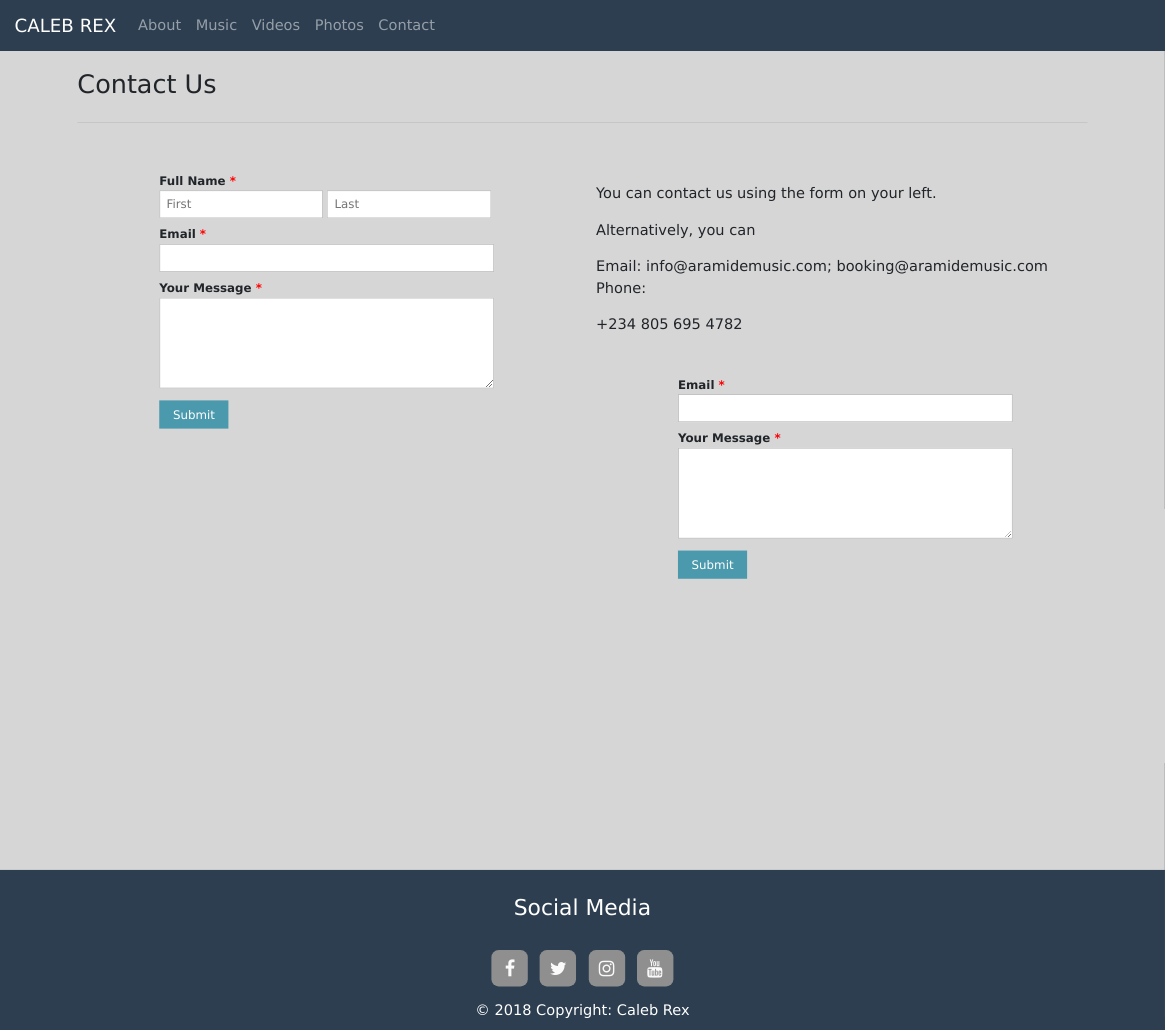
Repository: IchaTreasure/caleb-rex
Page: contact.html
The author's editor kept a record of every edit. The page is drawn from the files as they stood at one moment, then again after the next edit.
The browser window is 1280 px wide. The pictures show the whole page, at 91% of full size.
Some web libraries are served in a nearby version.

Above is the page before.

### contact.html
<!DOCTYPE html>
<html lang="en">

<head>
    <meta charset="UTF-8">
    <meta name="viewport" content="width=device-width, initial-scale=1.0">
    <meta http-equiv="X-UA-Compatible" content="ie=edge">
    <link rel="stylesheet" href="https://maxcdn.bootstrapcdn.com/bootstrap/4.1.3/css/bootstrap.min.css">
    <link rel="stylesheet" href="https://use.fontawesome.com/releases/v5.6.1/css/all.css" integrity="sha384-gfdkjb5BdAXd+lj+gudLWI+BXq4IuLW5IT+brZEZsLFm++aCMlF1V92rMkPaX4PP" crossorigin="anonymous">
    <link rel="stylesheet" href="https://stackpath.bootstrapcdn.com/bootstrap/4.3.1/css/bootstrap.min.css" type="text/css" />
    <link rel="stylesheet" href="https://stackpath.bootstrapcdn.com/font-awesome/4.7.0/css/font-awesome.min.css" type="text/css" />
    <link rel="stylesheet" href="https://cdnjs.cloudflare.com/ajax/libs/hover.css/2.3.1/css/hover-min.css" type="text/css" />
    <link href="https://fonts.googleapis.com/css?family=Roboto:400,700" rel="stylesheet">
    <link rel="stylesheet" href="css/style.css" type="text/css" />
    <title>Caleb Rex</title>
</head>

<body style="background-color: #2c3e50">
    <!-- ------------------------------------------------------------------------------------------------------Navigation Bar -->
    <nav class="navbar navbar-expand-md navbar-dark fixed-top" style="background-color: #2c3e50">
        <a class="navbar-brand" href="index.html">CALEB REX</a>
        <button class="navbar-toggler" type="button" data-toggle="collapse" data-target="#navbarsExampleDefault" aria-controls="navbarsExampleDefault" aria-expanded="false" aria-label="Toggle navigation">
    <span class="navbar-toggler-icon"></span>
  </button>

        <div class="collapse navbar-collapse" id="navbarsExampleDefault">
            <ul class="navbar-nav mr-auto">
                <li class="nav-item right" data-toggle="collapse" data-target=".navbar-collapse.show">
                    <a class="nav-link" href="about.html">About</a>
                </li>
                <li class="nav-item right" data-toggle="collapse" data-target=".navbar-collapse.show">
                    <a class="nav-link" href="music.html">Music</a>
                </li>
                <li class="nav-item right" data-toggle="collapse" data-target=".navbar-collapse.show">
                    <a class="nav-link" href="videos.html">Videos</a>
                </li>
                <li class="nav-item right" data-toggle="collapse" data-target=".navbar-collapse.show">
                    <a class="nav-link" href="photos.html">Photos</a>
                </li>
                <li class="nav-item right" data-toggle="collapse" data-target=".navbar-collapse.show">
                    <a class="nav-link" href="contact.html">Contact</a>
                </li>
            </ul>
        </div>
    </nav>

    <!-- contact section -->
    <section style="background-color: #D6D6D6">
        <!-- Page Content -->
        <div class="container" Style="padding-top: 20px">
            <div class="row">
                <h3 style="padding-left: 15px">Contact Us</h3>
            </div>
            <hr>
            <div class="row">
                <div class="col-md-6">
                    <form action="mailto:treasureicha82@gmail.com" method="post" enctype="text/plain" style="padding-bottom: 300px">
                        <ul class="form-style-1">
                            <li>
                                <label>Full Name <span class="required">*</span></label>
                                <input type="text" name="firstname" class="field-divided" placeholder="First" />
                                <input type="text" name="lastname" class="field-divided" placeholder="Last" />
                            </li>
                            <li>
                                <label>Email <span class="required">*</span></label>
                                <input type="email" name="email" class="field-long" />
                            </li>
                            <li>
                                <label>Your Message <span class="required">*</span></label>
                                <textarea name="message" id="message" class="field-long field-textarea"></textarea>
                            </li>
                            <li>
                                <input type="submit" value="Submit" />
                            </li>
                        </ul>
                    </form>
                </div>
                <div class="col-md-6" style = "padding-top: 50px">
                    <p>
                        You can contact us using the form on your left.
                    </p>
                    <p>
                        Alternatively, you can
                    </p>
                    <p>
                        Email: info@aramidemusic.com;
                        booking@aramidemusic.com Phone:
                    </p>
                    <p>
                        +234 805 695 4782
                    </p>

                    <form action="mailto:treasureicha82@gmail.com" method="post" enctype="text/plain" style="padding-bottom: 300px">
                        <ul class="form-style-1">
                            <li>
                                <label>Email <span class="required">*</span></label>
                                <input type="email" name="email" class="field-long" />
                            </li>
                            <li>
                                <label>Your Message <span class="required">*</span></label>
                                <textarea name="message" id="message" class="field-long field-textarea"></textarea>
                            </li>
                            <li>
                                <input type="submit" value="Submit" />
                            </li>
                        </ul>
                    </form>
                </div>
            </div>
        </div>
    </section>

    <!-- Footer -->
    <footer class="py-1" style="background-color: #2c3e50; text-align: center;">
        <div class="container">
            <br>
            <h4 style="color: white;">Social Media</h4>
            <br>
            <ul class="list-inline social-links">
                <li class="list-inline-item">
                    <a target="_blank" href="https://www.facebook.com/caleb.rex.96"><i class = " fa fa-facebook" aria-hidden="true"></i><span class = "sr-only">Facebook</span></a>
                </li>
                <li class="list-inline-item">
                    <a target="_blank" href="https://twitter.com/calebrex01"><i class = " fa fa-twitter" aria-hidden="true"></i><span class = "sr-only">Twitter</span></a>
                </li>
                <li class="list-inline-item">
                    <a target="_blank" href="https://www.instagram.com/caleb.rex01/"><i class = " fa fa-instagram" aria-hidden="true"></i><span class = "sr-only">Instagram</span></a>
                </li>
                <li class="list-inline-item">
                    <a target="_blank" href="https://www.youtube.com/channel/UC_B7e65upco510Sio9dZJhg"><i class = " fa fa-youtube" aria-hidden="true"></i><span class = "sr-only">Youtube</span></a>
                </li>
            </ul>
        </div>
        <h6 style="text-align: center; color: white;">© 2018 Copyright: Caleb Rex</h6>
        <!-- /.container -->
    </footer>
    <!-- Bootstrap core JavaScript -->
    <script src="https://code.jquery.com/jquery-3.3.1.slim.min.js" integrity="sha384-q8i/X+965DzO0rT7abK41JStQIAqVgRVzpbzo5smXKp4YfRvH+8abtTE1Pi6jizo" crossorigin="anonymous"></script>
    <script src="https://cdnjs.cloudflare.com/ajax/libs/popper.js/1.14.7/umd/popper.min.js" integrity="sha384-UO2eT0CpHqdSJQ6hJty5KVphtPhzWj9WO1clHTMGa3JDZwrnQq4sF86dIHNDz0W1" crossorigin="anonymous"></script>
    <script src="https://stackpath.bootstrapcdn.com/bootstrap/4.3.1/js/bootstrap.min.js" integrity="sha384-JjSmVgyd0p3pXB1rRibZUAYoIIy6OrQ6VrjIEaFf/nJGzIxFDsf4x0xIM+B07jRM" crossorigin="anonymous"></script>
</body>

</html>

### css/style.css
/*---------------------------- css for body */
body {
  font-family: 'Lucida Grande', sans-serif;
  padding-top: 56px;
}

nav li a:hover {
  background: black;

}

main{
 /*   height: 100vh;
    background: url('../images/Caleb1.jpg') no-repeat top right fixed;
    -webkit-background-size: cover;
    -moz-background-size: cover;
    -o-background-size: cover;
    background-size: cover;
    display: flex;
    align-items: center;
    justify-content: center;
    position: relative; */s


}

.main-container {

}

/*----------------------------------------- Modal Styling */
.modal-body{
    color: #615650;
    text-align: center;
}

.modal-content{
    background-color: #dbc7bd;
    padding: 20px;
}

.img-hover:hover{
    cursor: pointer;
    opacity: 0.6;
    transition: all 0.35s ease-in-out;
    -moz-transition: all 0.35s ease-in-out;
    -webkit-transition: all 0.35s ease-in-out;
    -o-transition: all 0.35s ease-in-out;
}

/*---------------------------- css for contact form*/
.form-style-1 {
	margin:10px auto;
	max-width: 400px;
	padding: 20px 12px 10px 20px;
	font: 13px "Lucida Sans Unicode", "Lucida Grande", sans-serif;
}
.form-style-1 li {
	padding: 0;
	display: block;
	list-style: none;
	margin: 10px 0 0 0;
}
.form-style-1 label{
	margin:0 0 3px 0;
	padding:0px;
	display:block;
	font-weight: bold;
}
.form-style-1 input[type=text],
.form-style-1 input[type=date],
.form-style-1 input[type=datetime],
.form-style-1 input[type=number],
.form-style-1 input[type=search],
.form-style-1 input[type=time],
.form-style-1 input[type=url],
.form-style-1 input[type=email],
textarea,
select{
	box-sizing: border-box;
	-webkit-box-sizing: border-box;
	-moz-box-sizing: border-box;
	border:1px solid #BEBEBE;
	padding: 7px;
	margin:0px;
	-webkit-transition: all 0.30s ease-in-out;
	-moz-transition: all 0.30s ease-in-out;
	-ms-transition: all 0.30s ease-in-out;
	-o-transition: all 0.30s ease-in-out;
	outline: none;
}

.form-style-1 input[type=text]:focus,
.form-style-1 input[type=date]:focus,
.form-style-1 input[type=datetime]:focus,
.form-style-1 input[type=number]:focus,
.form-style-1 input[type=search]:focus,
.form-style-1 input[type=time]:focus,
.form-style-1 input[type=url]:focus,
.form-style-1 input[type=email]:focus,
.form-style-1 textarea:focus,
.form-style-1 select:focus{
	-moz-box-shadow: 0 0 8px #88D5E9;
	-webkit-box-shadow: 0 0 8px #88D5E9;
	box-shadow: 0 0 8px #88D5E9;
	border: 1px solid #88D5E9;
}

.form-style-1 .field-divided{
	width: 49%;
}

.form-style-1 .field-long{
	width: 100%;
}
.form-style-1 .field-select{
	width: 100%;
}
.form-style-1 .field-textarea{
	height: 100px;
}
.form-style-1 input[type=submit], .form-style-1 input[type=button]{
	background: #4B99AD;
	padding: 8px 15px 8px 15px;
	border: none;
	color: #fff;
}

.form-style-1 input[type=submit]:hover, .form-style-1 input[type=button]:hover{
	background: #4691A4;
	box-shadow:none;
	-moz-box-shadow:none;
	-webkit-box-shadow:none;
}

.form-style-1 .required{
	color:red;
}

/*---------------------------- css for footer*/
footer {
  background-color: #7D0D11;
  color: black;
}

.social-links li a i {
  width: 40px;
  height: 40px;
  padding: 10px;
  border-radius: 20%;
  font-size: 20px;
  line-height: 20px;
  text-align: center;
  color: #fafafa;
  background: #8f8f8f;
  transition: all 0.35s ease-in-out;
  -moz-transition: all 0.35s ease-in-out;
  -webkit-transition: all 0.35s ease-in-out;
  -o-transition: all 0.35s ease-in-out;
}

.social-links li a i:hover {
  background: black;
}

After the next edit:
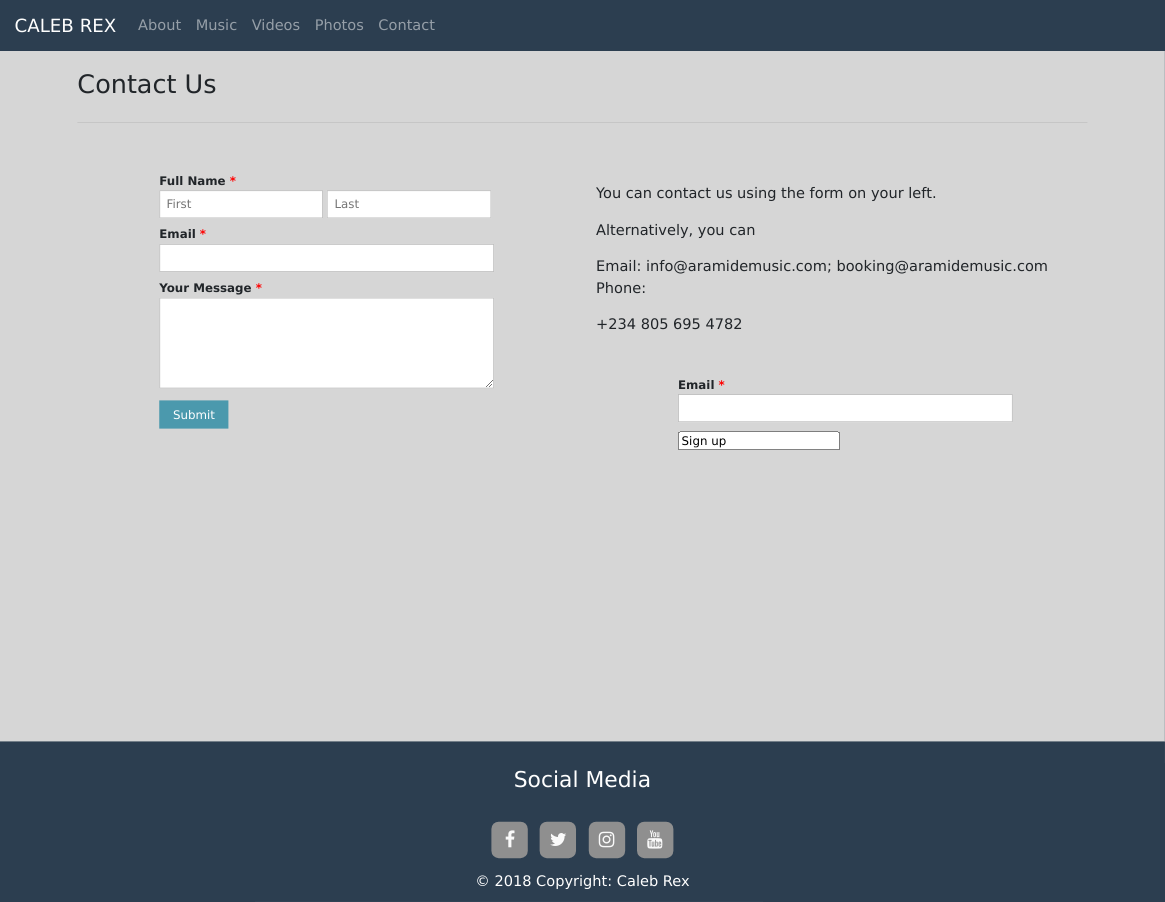
The edit:
--- a/contact.html
+++ b/contact.html
@@ -97,11 +97,7 @@
                                 <input type="email" name="email" class="field-long" />
                             </li>
                             <li>
-                                <label>Your Message <span class="required">*</span></label>
-                                <textarea name="message" id="message" class="field-long field-textarea"></textarea>
-                            </li>
-                            <li>
-                                <input type="submit" value="Submit" />
+                                <input type="SIGN UP" value="Sign up" />
                             </li>
                         </ul>
                     </form>
